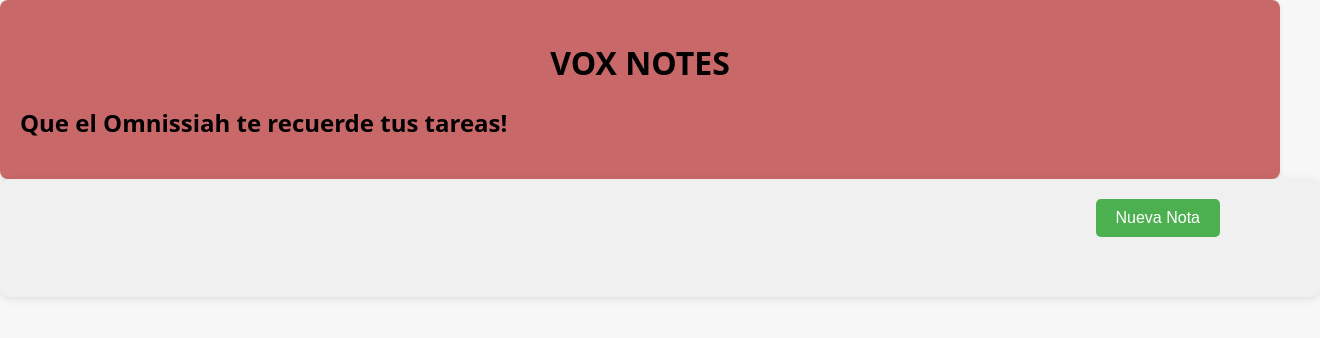
Repository: xunxuno/aplicacion_web_notas
Page: / (app in notas_web_app/)
An editor plug-in stored every save of this project. The page is shown before and after the next save, followed by the edit.
The browser window is 1280 px wide. The page is 1320 px wide, so the pictures cover 1320 px, including what lies to the right of the window. The pictures show the whole page.
The project was rebuilt for these pictures with package versions that can differ from the ones it lists, and the page was loaded fresh each time. Also part of the build but not shown: notas_web_app/vite.config.ts, notas_web_app/src/components/Note.tsx, notas_web_app/src/components/NoteCollection.tsx, notas_web_app/src/components/NoteModal.tsx.

Above is the page before, as saved 2024-10-03 12:34:28.

After the next save:
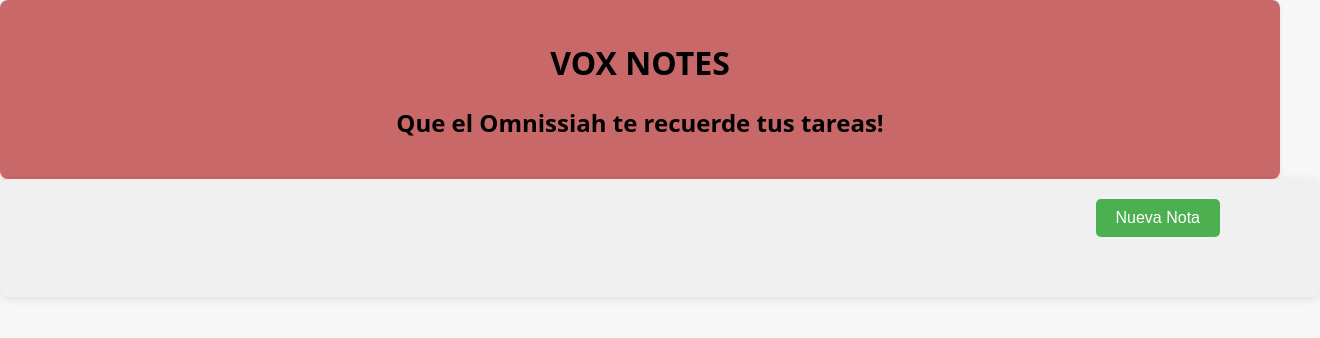
Saved 15 s later.
--- a/notas_web_app/src/components/AppBar.tsx
+++ b/notas_web_app/src/components/AppBar.tsx
@@ -13,7 +13,7 @@ const AppBar: React.FC = () => {
   return (
     <div style={appBarStyle}>
       <h1 style={{ textAlign: 'center' }}>VOX NOTES</h1>
-      <h2>Que el Omnissiah te recuerde tus tareas!</h2>
+      <h2 style={{ textAlign: 'center' }}>Que el Omnissiah te recuerde tus tareas!</h2>
     </div>
   );
 };
